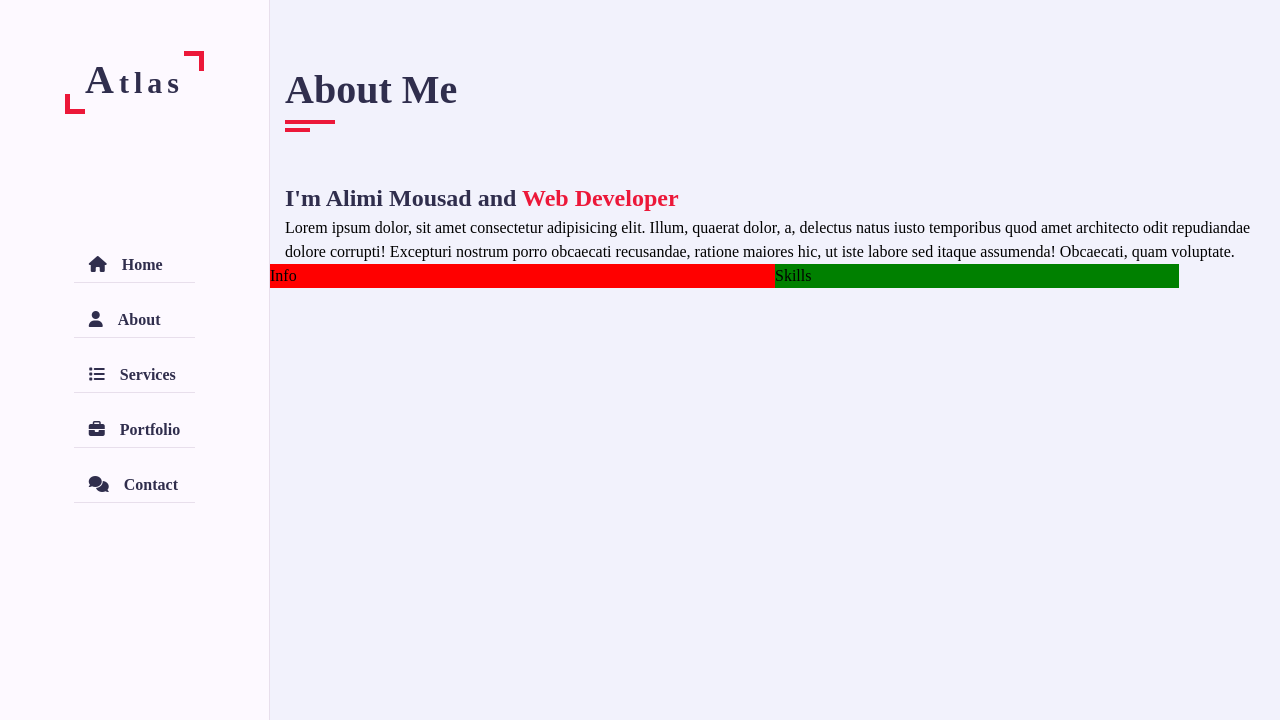
Repository: luanhoang0902/portfolio-ui
Page: index.html
An editor plug-in stored every save of this project. The page is shown before and after the next save, followed by the edit.
The browser window is 1280 px wide. The pictures show the whole page.
Some web fonts or font styles are not loaded; a fallback is used. Some web libraries are served in a nearby version.

Above is the page before, as saved 2022-06-02 16:03:50.

After the next save:
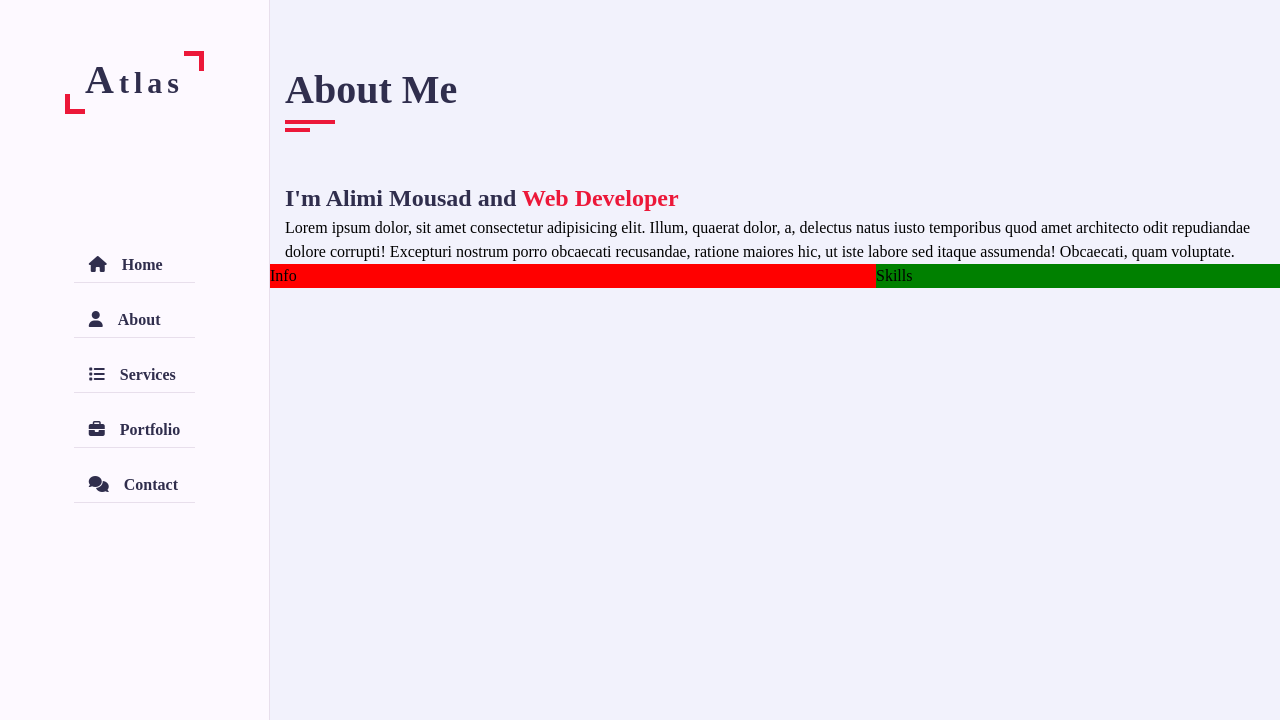
Saved 12 s later.
--- a/css/style.css
+++ b/css/style.css
@@ -365,7 +365,7 @@
 }
 .about .about-content .personal-info
 {
-    flex: 0 0 50%;
+    flex: 0 0 60%;
     max-width: 60%;
     background: red;
 }
